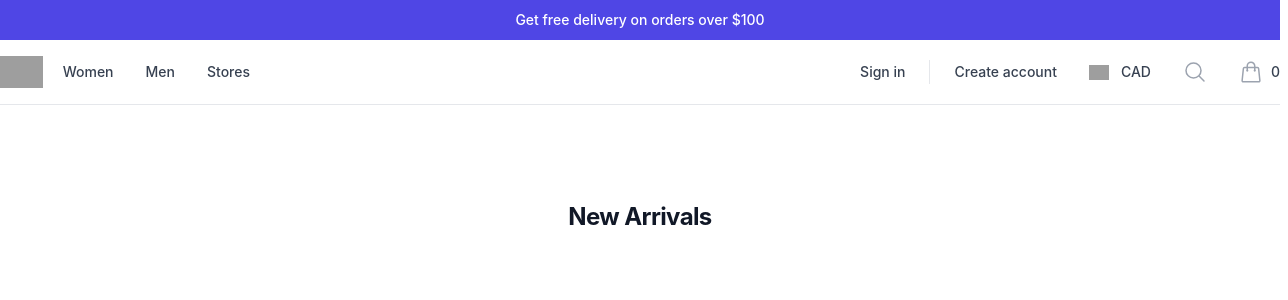
Repository: mehedi9465/Maiden_Wears
Page: /men
An editor plug-in stored every save of this project. The page is shown before and after the next save, followed by the edit.
The browser window is 1280 px wide. The page is 1288 px wide, so the pictures cover 1288 px, including what lies to the right of the window. The pictures show the whole page.
Pictures or frames that could not be fetched are drawn as grey boxes. The page's requests for data from a server got no answer. The project was rebuilt for these pictures with package versions that can differ from the ones it lists, and the page was loaded fresh each time. No one was signed in, and anything a server would have sent is missing. Also part of the build but not shown: src/Components/Home/Promo/Promo.js, src/Components/Home/NewArrivals/NewArrivals.js, src/Components/Home/Brands/Brands.js, src/Components/Home/Home/Home.js, src/Components/Authentication/Login/Login.js, src/Components/Authentication/Register/Register.js.

Above is the page before, as saved 2022-12-30 16:42:39.

### src/App.js
import logo from "./logo.svg";
import "./App.css";
import Navigation from "./Components/Home/Navigation/Navigation";
import Promo from "./Components/Home/Promo/Promo";
import NewArrivals from "./Components/Home/NewArrivals/NewArrivals";
import Brands from "./Components/Home/Brands/Brands";
import Home from "./Components/Home/Home/Home";
import AuthProvider from "./Components/Authentication/context/AuthProvider";
import {
  BrowserRouter,
  BrowserRouter as Router,
  Route,
  Routes,
  useLocation,
} from "react-router-dom";
import Login from "./Components/Authentication/Login/Login";
import Register from "./Components/Authentication/Register/Register";
import Products from "./Components/Products/Products";

function App() {
  return (
    <div className="App">
      <Router>
        <AuthProvider>
          <Navigation />
          <Routes>
            <Route exact path="/" element={<Home />} />
            <Route exact path="/:routeId" element={<Products />} />
            <Route exact path="/login" element={<Login />} />
            <Route exact path="/register" element={<Register />} />
          </Routes>
        </AuthProvider>
      </Router>
    </div>
  );
}

export default App;

### src/Components/Home/Navigation/Navigation.js
import React from "react";
import { Fragment, useState } from "react";
import { Dialog, Transition } from "@headlessui/react";
import { Link } from "react-router-dom";
import {
  Bars3Icon,
  MagnifyingGlassIcon,
  ShoppingBagIcon,
  XMarkIcon,
} from "@heroicons/react/24/outline";
import useAuth from "../../Authentication/hooks/useAuth";

const pages = [
  { name: "women", href: "#" },
  { name: "men", href: "#" },
  { name: "stores", href: "#" },
];

const Navigation = () => {
  const [open, setOpen] = useState(false);
  const { user } = useAuth;
  console.log(user);

  return (
    <div className="bg-white">
      {/* Mobile menu */}
      <Transition.Root show={open} as={Fragment}>
        <Dialog as="div" className="relative z-40 lg:hidden" onClose={setOpen}>
          <Transition.Child
            as={Fragment}
            enter="transition-opacity ease-linear duration-300"
            enterFrom="opacity-0"
            enterTo="opacity-100"
            leave="transition-opacity ease-linear duration-300"
            leaveFrom="opacity-100"
            leaveTo="opacity-0"
          >
            <div className="fixed inset-0 bg-black bg-opacity-25" />
          </Transition.Child>

          <div className="fixed inset-0 z-40 flex">
            <Transition.Child
              as={Fragment}
              enter="transition ease-in-out duration-300 transform"
              enterFrom="-translate-x-full"
              enterTo="translate-x-0"
              leave="transition ease-in-out duration-300 transform"
              leaveFrom="translate-x-0"
              leaveTo="-translate-x-full"
            >
              <Dialog.Panel className="relative flex w-full max-w-xs flex-col overflow-y-auto bg-white pb-12 shadow-xl">
                <div className="flex px-4 pt-5 pb-2">
                  <button
                    type="button"
                    className="-m-2 inline-flex items-center justify-center rounded-md p-2 text-gray-400"
                    onClick={() => setOpen(false)}
                  >
                    <span className="sr-only">Close menu</span>
                    <XMarkIcon className="h-6 w-6" aria-hidden="true" />
                  </button>
                </div>

                <div className="space-y-6 border-t border-gray-200 py-6 px-4">
                  {pages.map((page) => (
                    <div key={page.name} className="flow-root ">
                      <Link
                        to={`/${page?.name}`}
                        className="-m-2 block p-2 font-medium text-gray-900"
                      >
                        <span className="capitalize">{page.name}</span>
                      </Link>
                    </div>
                  ))}
                </div>

                <div className="space-y-6 border-t border-gray-200 py-6 px-4">
                  <div className="flow-root">
                    <Link
                      to="/login"
                      className="-m-2 block p-2 font-medium text-gray-900"
                    >
                      Sign in
                    </Link>
                  </div>
                  <div className="flow-root">
                    <Link
                      to="/register"
                      className="-m-2 block p-2 font-medium text-gray-900"
                    >
                      Create account
                    </Link>
                  </div>
                </div>

                <div className="border-t border-gray-200 py-6 px-4">
                  <a href="#" className="-m-2 flex items-center p-2">
                    <img
                      src="https://tailwindui.com/img/flags/flag-canada.svg"
                      alt=""
                      className="block h-auto w-5 flex-shrink-0"
                    />
                    <span className="ml-3 block text-base font-medium text-gray-900">
                      CAD
                    </span>
                    <span className="sr-only">, change currency</span>
                  </a>
                </div>
              </Dialog.Panel>
            </Transition.Child>
          </div>
        </Dialog>
      </Transition.Root>

      {/* Mobile Menu  */}

      <header className="relative bg-white border-b border-gray-200">
        <p className="flex h-10 items-center justify-center bg-indigo-600 px-4 text-sm font-medium text-white sm:px-6 lg:px-8">
          Get free delivery on orders over $100
        </p>

        <div className="container mx-auto">
          <nav aria-label="Top" className="mx-auto w-full px-4 sm:px-0 lg:px-0">
            <div className="">
              <div className="flex h-16 items-center">
                <button
                  type="button"
                  className="rounded-md bg-white p-2 text-gray-400 lg:hidden"
                  onClick={() => setOpen(true)}
                >
                  <span className="sr-only">Open menu</span>
                  <Bars3Icon className="h-6 w-6" aria-hidden="true" />
                </button>

                {/* Logo */}
                <div className="ml-4 flex lg:ml-0">
                  <Link to="/">
                    <img
                      className="h-8 w-auto mr-5"
                      src="https://tailwindui.com/img/logos/mark.svg?color=indigo&shade=600"
                      alt=""
                    />
                  </Link>
                </div>

                {/* Flyout menus */}
                <div className="flex h-full space-x-8">
                  {pages.map((page) => (
                    <Link
                      to={`/${page?.name}`}
                      key={page.name}
                      href={page.href}
                      className="flex items-center text-sm font-medium text-gray-700 hover:text-gray-800"
                    >
                      <span className="capitalize">{page.name}</span>
                    </Link>
                  ))}
                </div>

                <div className="ml-auto flex items-center">
                  <div className="hidden lg:flex lg:flex-1 lg:items-center lg:justify-end lg:space-x-6">
                    <>
                      {user ? (
                        <p>{user?.email}</p>
                      ) : (
                        <>
                          <Link
                            to="/login"
                            className="text-sm font-medium text-gray-700 hover:text-gray-800"
                          >
                            Sign in
                          </Link>
                          <span
                            className="h-6 w-px bg-gray-200"
                            aria-hidden="true"
                          />
                          <Link
                            to="/register"
                            className="text-sm font-medium text-gray-700 hover:text-gray-800"
                          >
                            Create account
                          </Link>
                        </>
                      )}
                    </>
                  </div>

                  <div className="hidden lg:ml-8 lg:flex">
                    <a
                      href="#"
                      className="flex items-center text-gray-700 hover:text-gray-800"
                    >
                      <img
                        src="https://tailwindui.com/img/flags/flag-canada.svg"
                        alt=""
                        className="block h-auto w-5 flex-shrink-0"
                      />
                      <span className="ml-3 block text-sm font-medium">
                        CAD
                      </span>
                      <span className="sr-only">, change currency</span>
                    </a>
                  </div>

                  {/* Search */}
                  <div className="flex lg:ml-6">
                    <a
                      href="#"
                      className="p-2 text-gray-400 hover:text-gray-500"
                    >
                      <span className="sr-only">Search</span>
                      <MagnifyingGlassIcon
                        className="h-6 w-6"
                        aria-hidden="true"
                      />
                    </a>
                  </div>

                  {/* Cart */}
                  <div className="ml-4 flow-root lg:ml-6">
                    <a href="#" className="group -m-2 flex items-center p-2">
                      <ShoppingBagIcon
                        className="h-6 w-6 flex-shrink-0 text-gray-400 group-hover:text-gray-500"
                        aria-hidden="true"
                      />
                      <span className="ml-2 text-sm font-medium text-gray-700 group-hover:text-gray-800">
                        0
                      </span>
                      <span className="sr-only">items in cart, view bag</span>
                    </a>
                  </div>
                </div>
              </div>
            </div>
          </nav>
        </div>
      </header>
      {/* Big Screen menu */}
    </div>
  );
};

export default Navigation;

### src/Components/Authentication/context/AuthProvider.js
import React, { createContext } from 'react';
import useFirebase from '../hooks/useFirebase';

export const AuthContext = createContext();

const AuthProvider = ({ children }) => {
    const allContext = useFirebase();
    return (
        <AuthContext.Provider value={allContext}>
            { children }
        </AuthContext.Provider>
    );
};

export default AuthProvider;

### src/Components/Products/Products.js
import React, { useEffect, useState } from "react";
import { useParams } from "react-router";
import axios from "axios";

const Products = () => {
  const [products, setProducts] = useState([]);
  const [stores, setStores] = useState([]);
  const { routeId } = useParams();

  useEffect(() => {
    if (routeId === "stores") {
      axios
        .get(
          `https://raw.githubusercontent.com/mehedi9465/Data-files/main/store.json`
        )
        .then(({ data }) => setStores(data));
    }
    axios
      .get(
        `https://raw.githubusercontent.com/mehedi9465/Data-files/main/products.json`
      )
      .then(({ data }) => {
        console.log(data);
        const filtered = data.filter((product) => product.cate === routeId);
        console.log(filtered);
        setProducts(filtered);
      });
  }, [routeId]);

  return (
    <div className="bg-white container mx-auto">
      <div className="mx-auto max-w-2xl py-16 px-4 sm:py-24 sm:px-6 lg:max-w-7xl lg:px-8">
        <h2 className="text-2xl font-bold tracking-tight text-gray-900">
          New Arrivals
        </h2>

        <div className="mt-6 grid grid-cols-1 gap-y-10 gap-x-6 sm:grid-cols-2 lg:grid-cols-4 xl:gap-x-8">
          {routeId === "stores" ? (
            <>
              {stores.map((store) => (
                <div key={store.id} className="group relative">
                  <div className="min-h-80 aspect-w-1 aspect-h-1 w-full overflow-hidden rounded-md bg-gray-200 group-hover:opacity-75 lg:aspect-none lg:h-80">
                    <img
                      src={store.img}
                      alt="Store logo"
                      className="h-full w-full object-cover object-center lg:h-full lg:w-full"
                    />
                  </div>
                </div>
              ))}
            </>
          ) : (
            <>
              {products.map((product) => (
                <div key={product.id} className="group relative">
                  <div className="min-h-80 aspect-w-1 aspect-h-1 w-full overflow-hidden rounded-md bg-gray-200 group-hover:opacity-75 lg:aspect-none lg:h-80">
                    <img
                      src={product.imageSrc}
                      alt={product.imageAlt}
                      className="h-full w-full object-cover object-center lg:h-full lg:w-full"
                    />
                  </div>
                  <div className="mt-4 flex justify-between">
                    <div>
                      <h3 className="text-sm text-gray-700">
                        <a href={product.href}>
                          <span
                            aria-hidden="true"
                            className="absolute inset-0"
                          />
                          {product.name}
                        </a>
                      </h3>
                      <p className="mt-1 text-sm text-gray-500">
                        {product.color}
                      </p>
                    </div>
                    <p className="text-sm font-medium text-gray-900">
                      {product.price}
                    </p>
                  </div>
                </div>
              ))}
            </>
          )}
        </div>
      </div>
    </div>
  );
};

export default Products;

### src/Components/Authentication/hooks/useAuth.js
import { useContext } from "react"
import { AuthContext } from "../context/AuthProvider";

const useAuth = () => {
    return useContext(AuthContext)
}

export default useAuth;

### src/Components/Authentication/hooks/useFirebase.js
import { useEffect, useState } from "react";
import initializeAuth from "../Firebase/Firebase.initialize";
import {
  GoogleAuthProvider,
  getAuth,
  signInWithPopup,
  onAuthStateChanged,
  signOut,
  createUserWithEmailAndPassword,
  updateProfile,
  signInWithEmailAndPassword,
} from "firebase/auth";
import swal from "sweetalert";
import axios from "axios";

initializeAuth();

const useFirebase = () => {
  const [user, setUser] = useState({});
  const [error, setError] = useState("");
  const [isLoading, setIsLoading] = useState(true);
  const [isAdmin, setIsAdmin] = useState(false);

  const auth = getAuth();
  const googleProvider = new GoogleAuthProvider();

  const googleSignIn = (location, history) => {
    setIsLoading(true);
    signInWithPopup(auth, googleProvider)
      .then((res) => {
        const user = res.user;
        saveUser(user.email, user.displayName, "PUT");
        setError("");
        const des = location?.state?.from || "/";
        history.replace(des);
      })
      .catch((e) => setError(e.message))
      .finally(() => setIsLoading(false));
  };

  const registerUser = (name, email, password) => {
    setIsLoading(true);
    createUserWithEmailAndPassword(auth, email, password)
      .then((userCredential) => {
        setError("");
        saveUser(email, name, "POST");
        updateProfile(auth.currentUser, {
          displayName: name,
        })
          .then(() => {})
          .catch((e) => setError(e.message));
      })
      .catch((e) => setError(e.message))
      .finally(() => setIsLoading(false));
  };

  const loginUser = (email, password, location, history) => {
    setIsLoading(true);
    signInWithEmailAndPassword(auth, email, password)
      .then((userCredential) => {
        setError("");
        const des = location?.state?.from || "/";
        history.replace(des);
      })
      .catch((e) => setError(e.message))
      .finally(() => setIsLoading(false));
  };

  const logOut = () => {
    signOut(auth)
      .then(() => {})
      .catch((e) => setError(e.message));
  };

  const saveUser = (email, displayName, method) => {
    const user = { email, displayName };
    fetch("https://bikezone-server-hg7c.onrender.com/users", {
      method: method,
      headers: {
        "content-type": "application/json",
      },
      body: JSON.stringify(user),
    })
      .then((res) => res.json())
      .then((data) => {
        console.log(data);
        if (data.insertedId || data.acknowledged) {
          swal({
            title: "Welcome!",
            icon: "success",
            button: "ok",
          });
        } else {
          swal({
            title: "Something Went Wrong!",
            icon: "error",
            button: "ok",
          });
        }
      });
  };

  useEffect(() => {
    onAuthStateChanged(auth, (user) => {
      if (user) {
        setUser(user);
      } else {
        setUser({});
      }
      setIsLoading(false);
    });
  }, [auth]);

  useEffect(() => {
    if (user?.email) {
      axios
        .get(
          `https://bikezone-server-hg7c.onrender.com/users?email=${user?.email}`
        )
        .then(({ data }) => setIsAdmin(data.admin));
    }
  }, [user?.email]);

  return {
    user,
    error,
    isLoading,
    isAdmin,
    googleSignIn,
    registerUser,
    loginUser,
    logOut,
  };
};

export default useFirebase;

### src/Components/Authentication/Firebase/Firebase.initialize.js
import { initializeApp } from "firebase/app";
import firebaseConfig from "./Firebase.config";

const initializeAuth = () => {
    initializeApp(firebaseConfig);
}

export default initializeAuth;

### src/Components/Authentication/Firebase/Firebase.config.js
const firebaseConfig = {
  apiKey: process.env.REACT_APP_API_KEY,
  authDomain: process.env.REACT_APP_AUTH_DOMAIN,
  projectId: process.env.REACT_APP_PROJECT_ID,
  storageBucket: process.env.REACT_APP_STORAGE_BUCKET,
  messagingSenderId: process.env.REACT_APP_MESSAGING_SENDER_ID,
  appId: process.env.REACT_APP_ID,
};

export default firebaseConfig;

Loaded but not shown: public/index.html (common file); src/index.js (common file); src/index.css (common file); src/reportWebVitals.js (common file); src/App.css (common file); tailwind.config.js (common file)

After the next save:
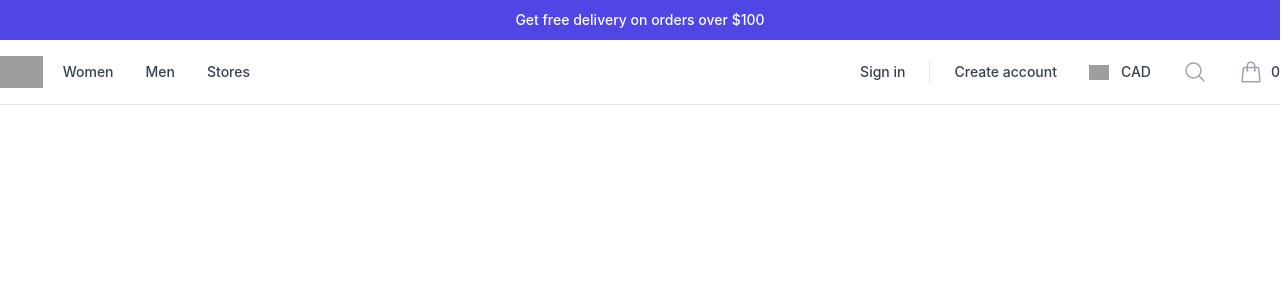
Saved 109 s later.
--- a/src/Components/Products/Products.js
+++ b/src/Components/Products/Products.js
@@ -31,7 +31,7 @@ const Products = () => {
     <div className="bg-white container mx-auto">
       <div className="mx-auto max-w-2xl py-16 px-4 sm:py-24 sm:px-6 lg:max-w-7xl lg:px-8">
         <h2 className="text-2xl font-bold tracking-tight text-gray-900">
-          New Arrivals
+          {}
         </h2>
 
         <div className="mt-6 grid grid-cols-1 gap-y-10 gap-x-6 sm:grid-cols-2 lg:grid-cols-4 xl:gap-x-8">
